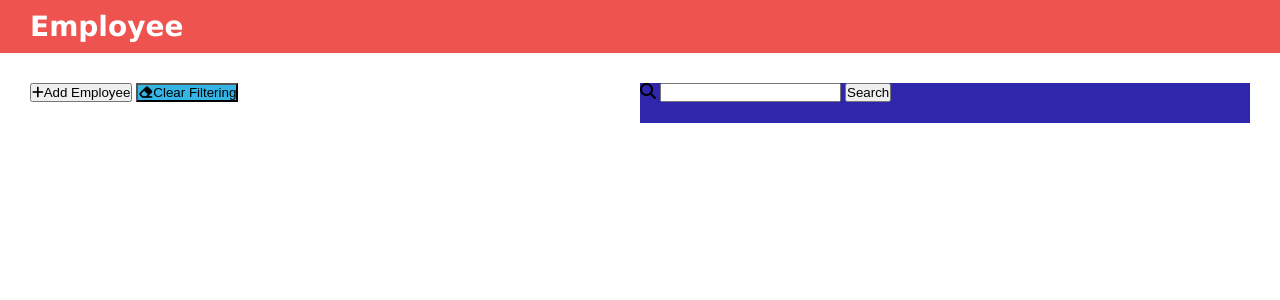
Repository: shivaniwankar21/employe_Registration
Page: index.html
An editor plug-in stored every save of this project. The page is shown before and after the next save, followed by the edit.
The browser window is 1280 px wide. The pictures show the whole page.

Above is the page before, as saved 2024-03-06 15:55:00.

After the next save:
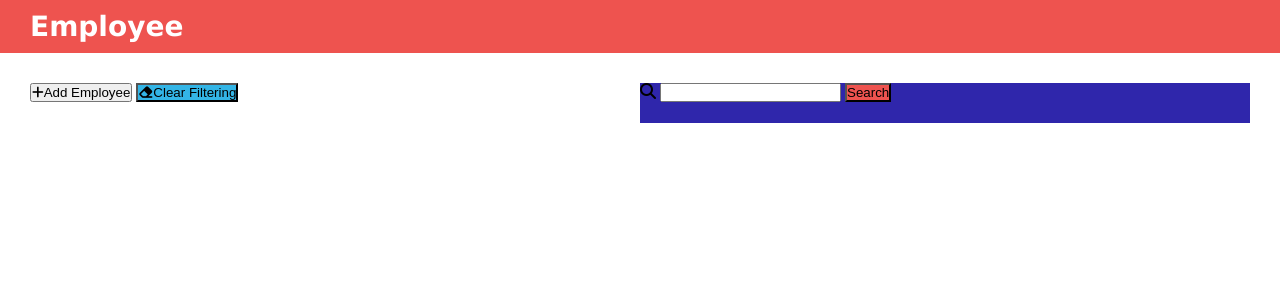
Saved 6 min 35 s later.
--- a/index.html
+++ b/index.html
@@ -23,7 +23,7 @@
     <div class="right-box">
       <i class="fa fa-search"></i>
       <input type="text" id="empId">
-      <button>Search</button>
+      <button style=" background-color: #ee534f">Search</button>
     </div>
   </div>
   <script type="module" src="script.js"></script>
